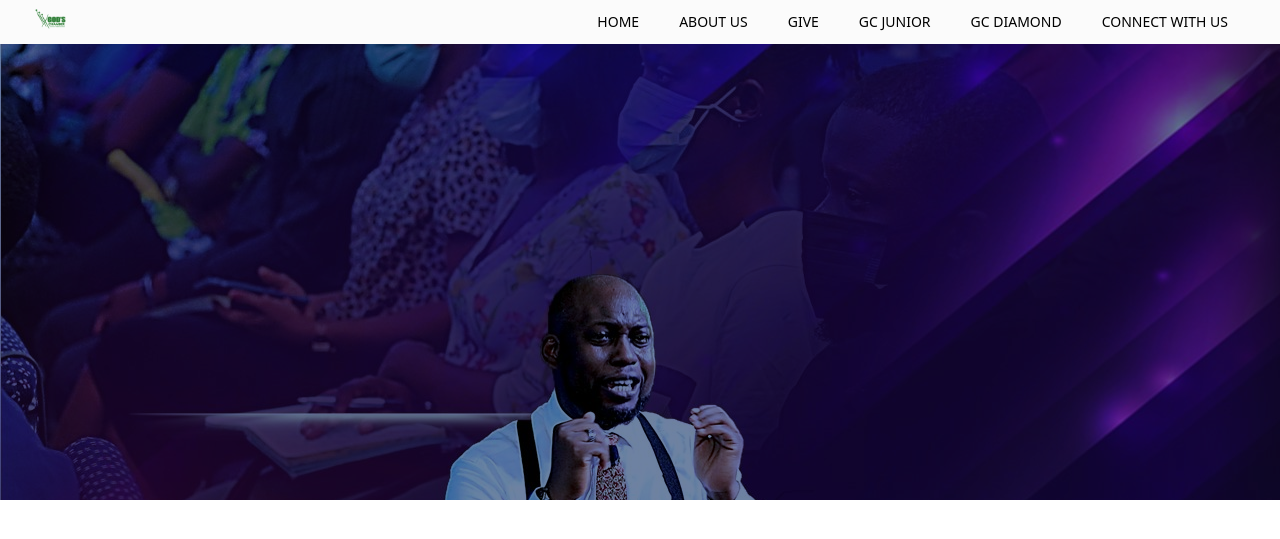
Repository: hisreal123/godschamber-church-main
Page: /
An editor plug-in stored every save of this project. The page is shown before and after a run of saves, followed by the edit.
The browser window is 1280 px wide. The pictures show the whole page.
The project was rebuilt for these pictures with package versions that can differ from the ones it lists, and the page was loaded fresh each time. The framework's server and built-in components were replaced by stand-ins that run in the browser. Also part of the build but not shown: next.config.js.

Above is the page before, as saved 2022-08-14 22:38:56.

After the next 6 saves:
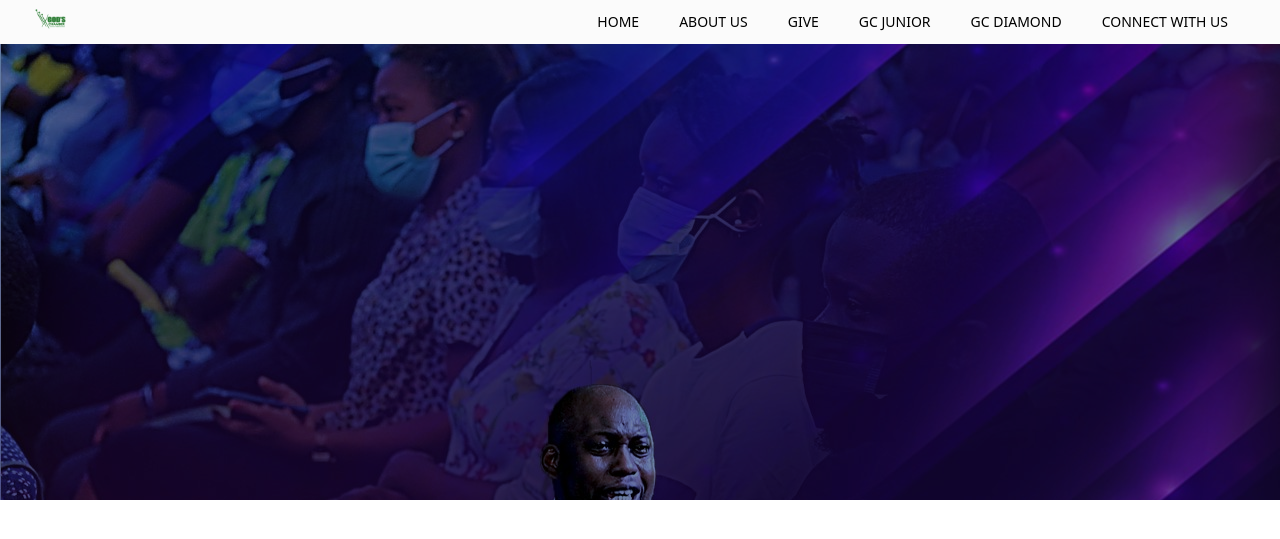
The 6 saves are shown as one change because they came seconds apart.
The last was saved 26 s later.
--- a/components/Banner.tsx
+++ b/components/Banner.tsx
@@ -2,7 +2,7 @@
 
 const Banner = () => {
   return (
-    <div className=" bg-[url('/assets/Banner.jpg')] bg-no-repeat bg-center  bg-gray-700 bg-cover min-w-screen relative h-[500px] bg-blend-overlay	"></div>
+    <div className=" bg-[url('/assets/Banner.jpg')] bg-no-repeat bg-center  bg-gray-700 bg-cover min-w-screen relative h-[500px] bg-blend-overlay	bg-origin-border  bg-fixed"></div>
   );
 };
 

After the 3 saves that followed:
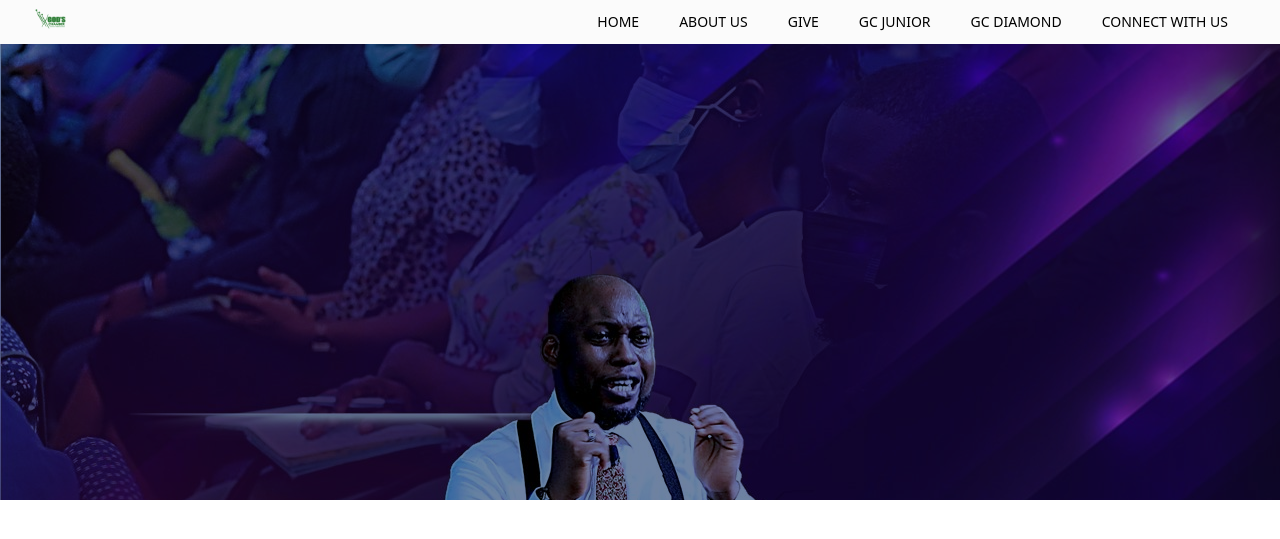
The 3 saves are shown as one change because 1 left the picture as it was and some came seconds apart.
The last was saved 17 s later.
--- a/components/Banner.tsx
+++ b/components/Banner.tsx
@@ -2,7 +2,7 @@
 
 const Banner = () => {
   return (
-    <div className=" bg-[url('/assets/Banner.jpg')] bg-no-repeat bg-center  bg-gray-700 bg-cover min-w-screen relative h-[500px] bg-blend-overlay	bg-origin-border  bg-fixed"></div>
+    <div className=" bg-[url('/assets/Banner.jpg')] bg-no-repeat bg-center  bg-gray-700 bg-cover min-w-screen relative h-[500px] bg-blend-overlay	bg-origin-border bg-scroll"></div>
   );
 };
 
